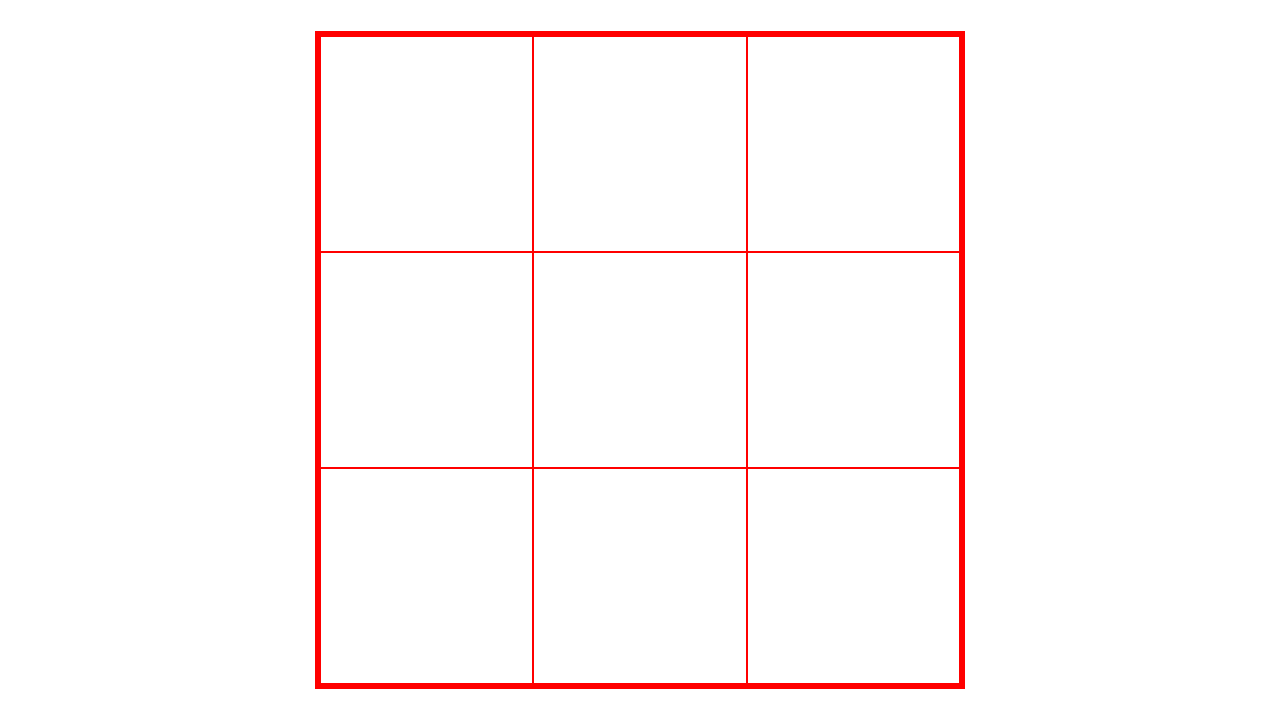
Repository: kocokoy/TOP-tic-tac-toe
Page: index.html
The author's editor kept a copy of each file at every save. The page is drawn from the files as they stood at one save, then again after the next save.
The browser window is 1280 px wide. The pictures show the whole page.

Above is the page before, as saved 2024-11-07 14:23:37.

### index.html
<!DOCTYPE html>
<html lang="en">
<head>
  <meta charset="UTF-8">
  <meta name="viewport" content="width=device-width, initial-scale=1.0">
  <link rel="stylesheet" href="/styles/style.css">
  <title>Document</title>
</head>
<body>
 <div class='container'>
  <div class="gameboard">

  </div>
 </div>
<script src="/javascripts/scripts.js"></script>
</body>
</html>

### styles/style.css
body{
  padding: 0;
  margin: 0;
  height: 100vh;
}
.container{
  height:100%;
  display: flex;
  justify-content: center;
  align-items: center;
}
.gameboard{
  display: grid;
  grid-template-columns: 1fr 1fr 1fr;
  /* gap: 10px; */
  border: 5px solid red;
  width: 50%;
  height: 90%;
}
.gameboard div{
  border: 1px solid red;
  cursor: pointer;
}

### javascripts/scripts.js
const gameBoardElement = document.querySelector('.gameboard');

const gameBoard = {
  gameBoard : []
}
const players = {
  player1: 'X',
  player2: 'O',
}

startGame();
function startGame(){
  createGameBoard()
}
function createGameBoard(){
  for(let i = 0; i < 9; i++){
    const div = document.createElement('div');
    gameBoardElement.appendChild(div);
  }
}

After the next save:
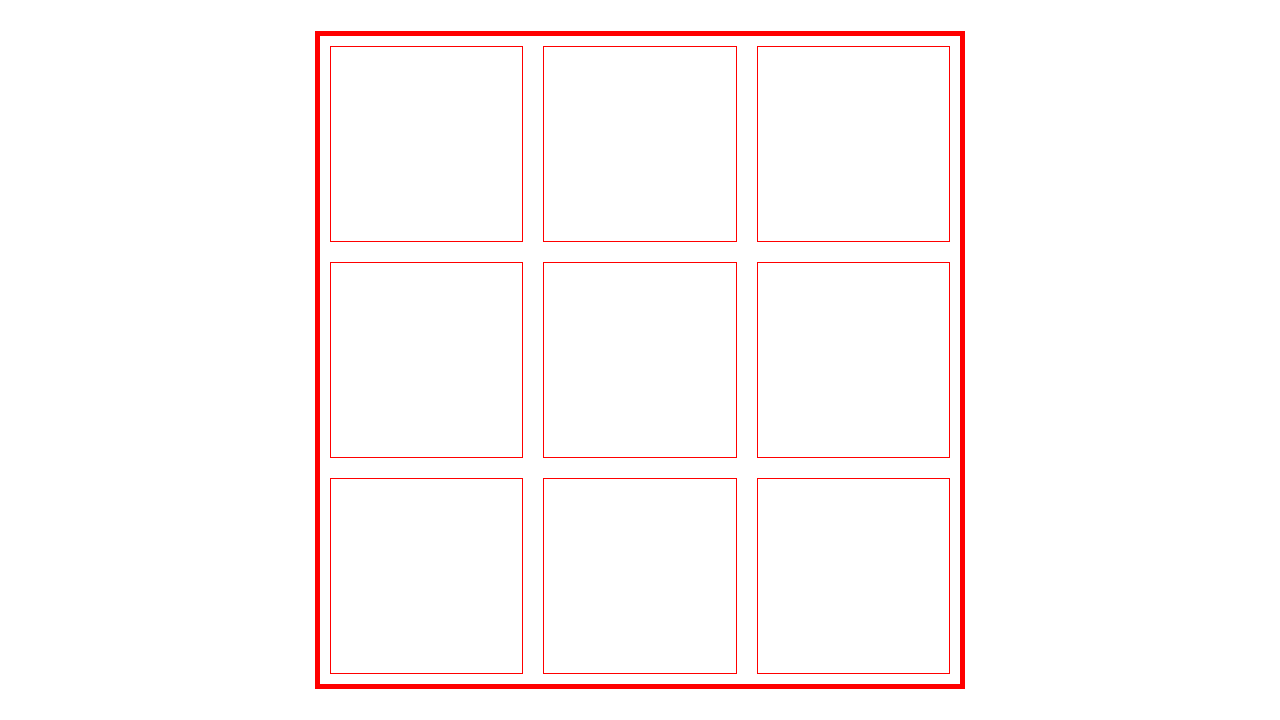
Saved 4 s later.
--- a/styles/style.css
+++ b/styles/style.css
@@ -20,4 +20,5 @@
 .gameboard div{
   border: 1px solid red;
   cursor: pointer;
+  margin: 10px;
 }

After the save that followed:
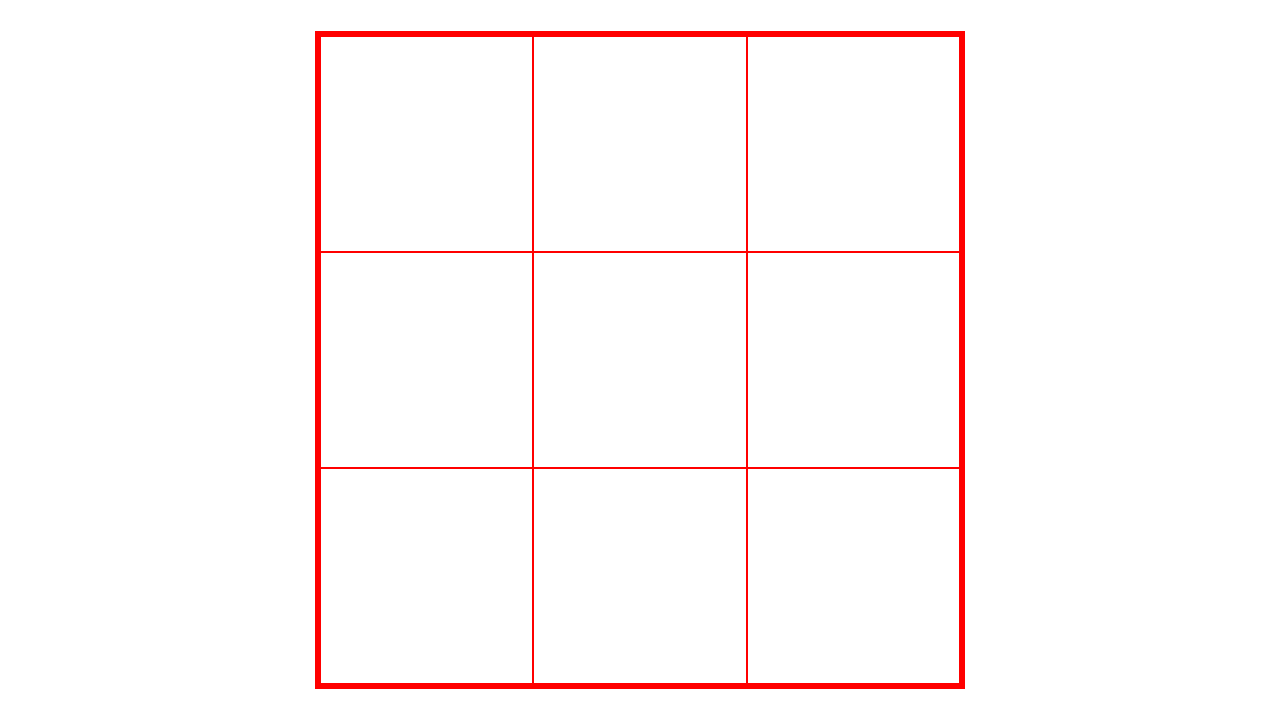
Saved 7 s later.
--- a/styles/style.css
+++ b/styles/style.css
@@ -20,5 +20,4 @@
 .gameboard div{
   border: 1px solid red;
   cursor: pointer;
-  margin: 10px;
 }
